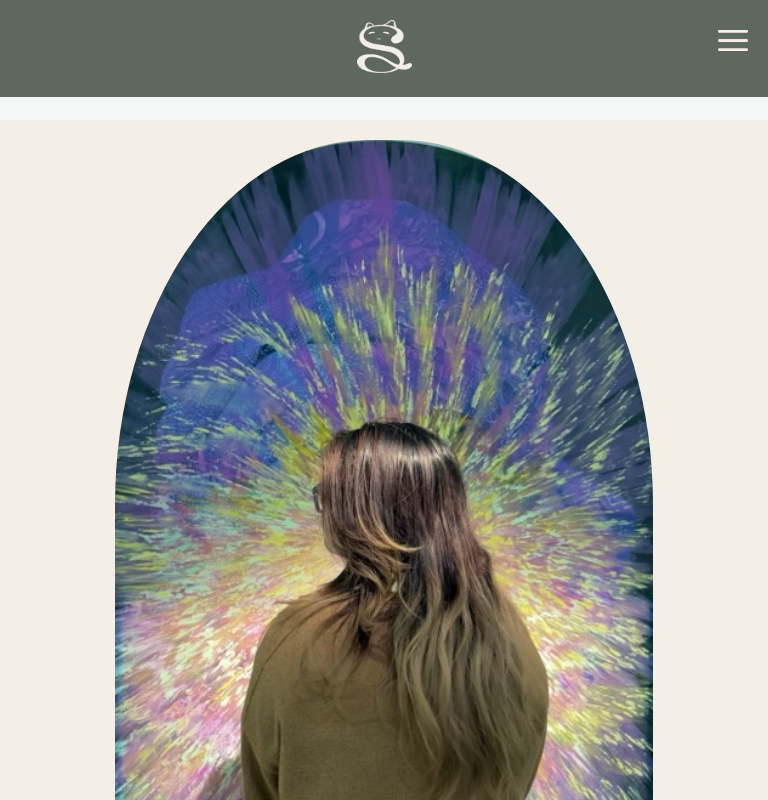
Repository: SandyLy453/portfolio
Page: /
These files come from the project's save history. The page is drawn as it stood at one moment and after the next save; the edit follows.
The browser window is 768 px wide. The pictures show the whole page.
An inner scrolling area shows only its first screen. The project was rebuilt for these pictures with package versions that can differ from the ones it lists, and the page was loaded fresh each time. The framework's server and built-in components were replaced by stand-ins that run in the browser. Also part of the build but not shown: next.config.mjs, modules/Footer/Footer.module.css, modules/Footer/Footer.js, modules/ProjectCard/ProjectCard.module.css, modules/ProjectCard/Projectcard.js.

Above is the page before, as saved 2025-02-17 17:14:22.

After the next save:
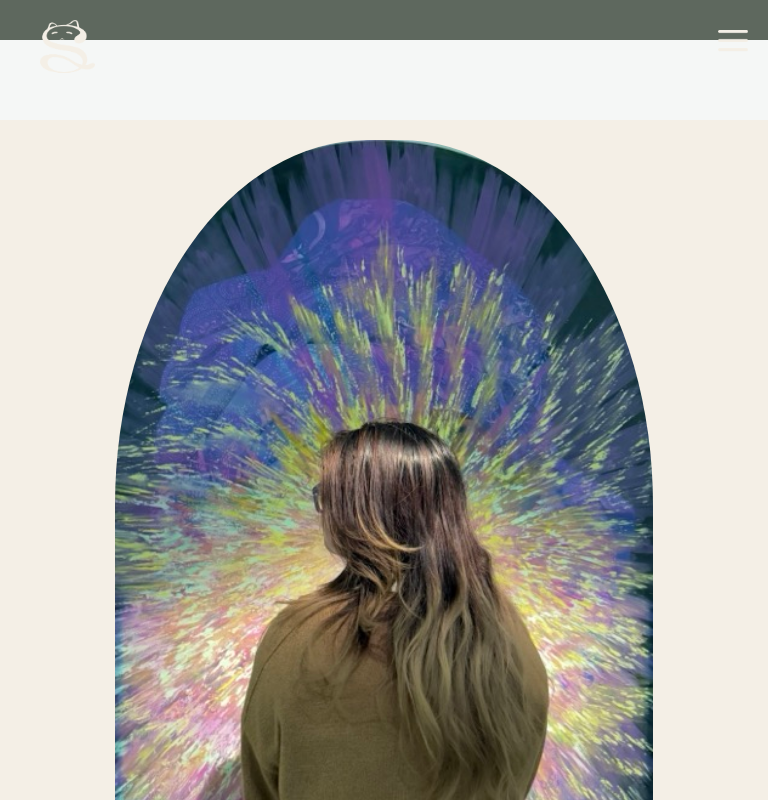
Saved 2 min 30 s later.
--- a/modules/Header/Header.module.css
+++ b/modules/Header/Header.module.css
@@ -100,4 +100,10 @@
         opacity: 1;
         transform: scaleY(1);
     }
+
+    .logo {
+        position: absolute;
+        top: 10px;
+        left: 20px;
+    }
 }

After the save that followed:
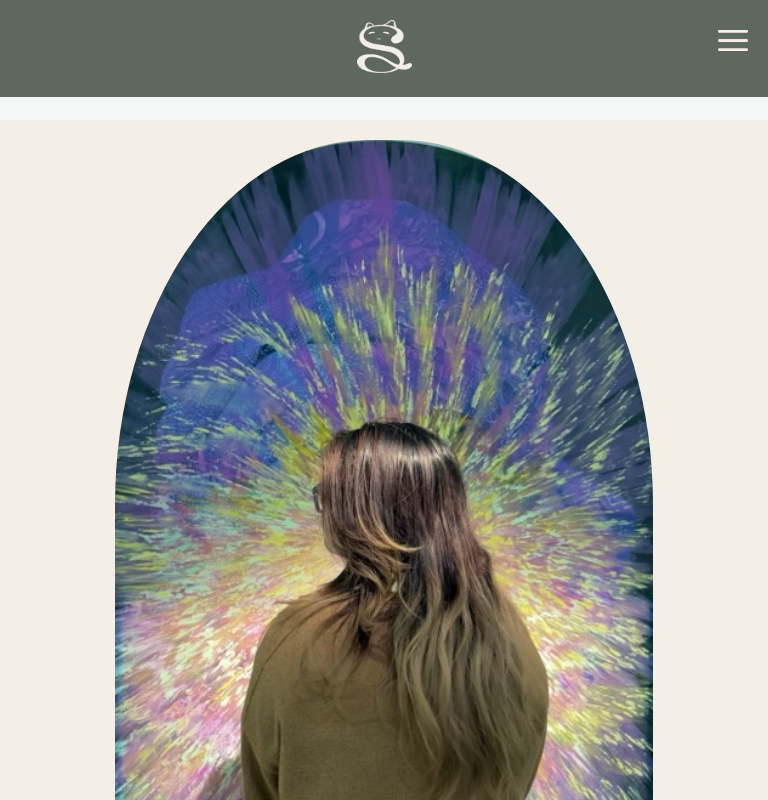
Saved 9 s later.
--- a/modules/Header/Header.module.css
+++ b/modules/Header/Header.module.css
@@ -101,9 +101,5 @@
         transform: scaleY(1);
     }
 
-    .logo {
-        position: absolute;
-        top: 10px;
-        left: 20px;
-    }
+
 }
